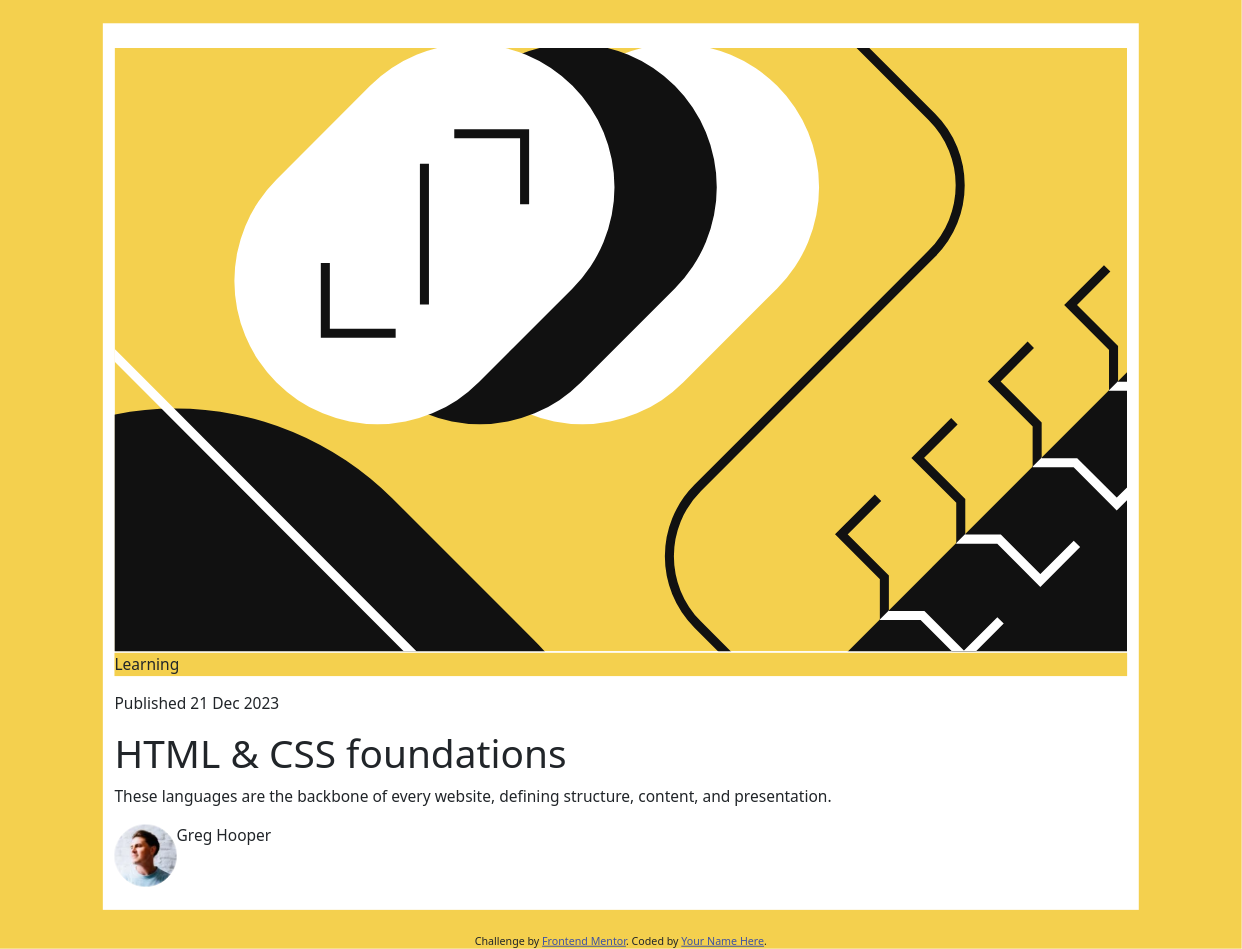
Repository: blordeus/blog-preview-card
Page: index.html
The author's editor kept a copy of each file at every save. The page is drawn from the files as they stood at one save, then again after the next save.
The browser window is 1280 px wide. The pictures show the whole page, at 97% of full size.
The style sheet was rebuilt from its Sass, Less or Tailwind sources for each picture, by a compiler version that may differ from the author's.

Above is the page before, as saved 2024-02-10 09:17:48.

### index.html
<!DOCTYPE html>
<html lang="en">
<head>
  <meta charset="UTF-8">
  <meta name="viewport" content="width=device-width, initial-scale=1.0"> <!-- displays site properly based on user's device -->

  <link rel="icon" type="image/png" sizes="32x32" href="./assets/images/favicon-32x32.png">
  <link rel="stylesheet" href="style.css">
  <link href="https://cdn.jsdelivr.net/npm/bootstrap@5.1.3/dist/css/bootstrap.min.css" rel="stylesheet" integrity="sha384-1BmE4kWBq78iYhFldvKuhfTAU6auU8tT94WrHftjDbrCEXSU1oBoqyl2QvZ6jIW3" crossorigin="anonymous">
  <title>Frontend Mentor | Blog preview card</title>

</head>
<body class="yellow-bg container">
<main class="white-bg row py-4 m-4">
    <img src="assets\images\illustration-article.svg" alt="header image">
    <div>
      <p class="yellow-bg">Learning</p>
    </div>

    <p>Published 21 Dec 2023</p>

    <h1>HTML & CSS foundations</h1>

    <p>These languages are the backbone of every website, defining structure, content, and presentation.</p>

    <div class="d-flex">
      <img class="" src="assets\images\image-avatar.webp" alt="author image">
      <p class="">Greg Hooper</p>
    </div>

</main>
<div></div>
<div class="attribution">
    Challenge by <a href="https://www.frontendmentor.io?ref=challenge" target="_blank">Frontend Mentor</a>.
    Coded by <a href="#">Your Name Here</a>.
  </div>
</body>
</html>

### style.scss
@font-face {
    font-family: Figtree;
    src: url(./assets/fonts/Figtree-VariableFont_wght.ttf);
}

@font-face {
    font-family: Figtree-Italic;
    src: url(./assets/fonts/Figtree-Italic-VariableFont_wght.ttf) format("truetype");
    font-style: italic;
}

// Primary

$Yellow: hsl(47, 88%, 63%);

// Neutral

$White: hsl(0, 0%, 100%);
$Grey: hsl(0, 0%, 50%);
$Black: hsl(0, 0%, 7%);

body {
    font-family: Figtree;
}

p {
    font-size: 16px
}

.yellow-bg {
    background-color: $Yellow;

}

.black-bg {
    background-color: $Black;
}

.grey-text {
    color: $Grey;
}

.white-bg {
    background-color: $White;
}

.black-text {
    color: $Black;
}

.attribution { font-size: 11px; text-align: center; }
.attribution a { color: hsl(228, 45%, 44%); }

After the next save:
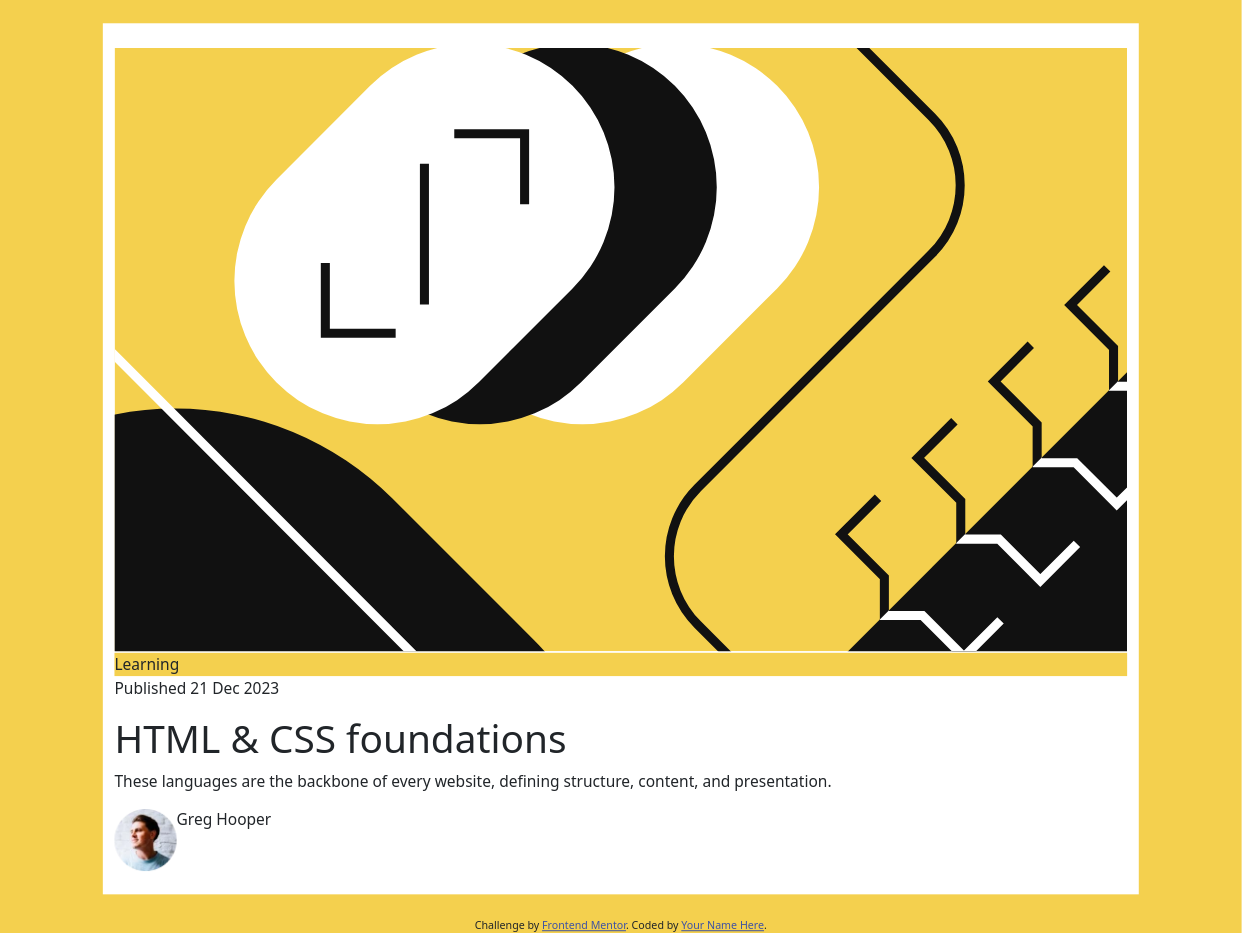
Saved 11 s later.
--- a/index.html
+++ b/index.html
@@ -14,7 +14,7 @@
 <main class="white-bg row py-4 m-4">
     <img src="assets\images\illustration-article.svg" alt="header image">
     <div>
-      <p class="yellow-bg">Learning</p>
+      <div class="yellow-bg">Learning</div>
     </div>
 
     <p>Published 21 Dec 2023</p>

After the save that followed:
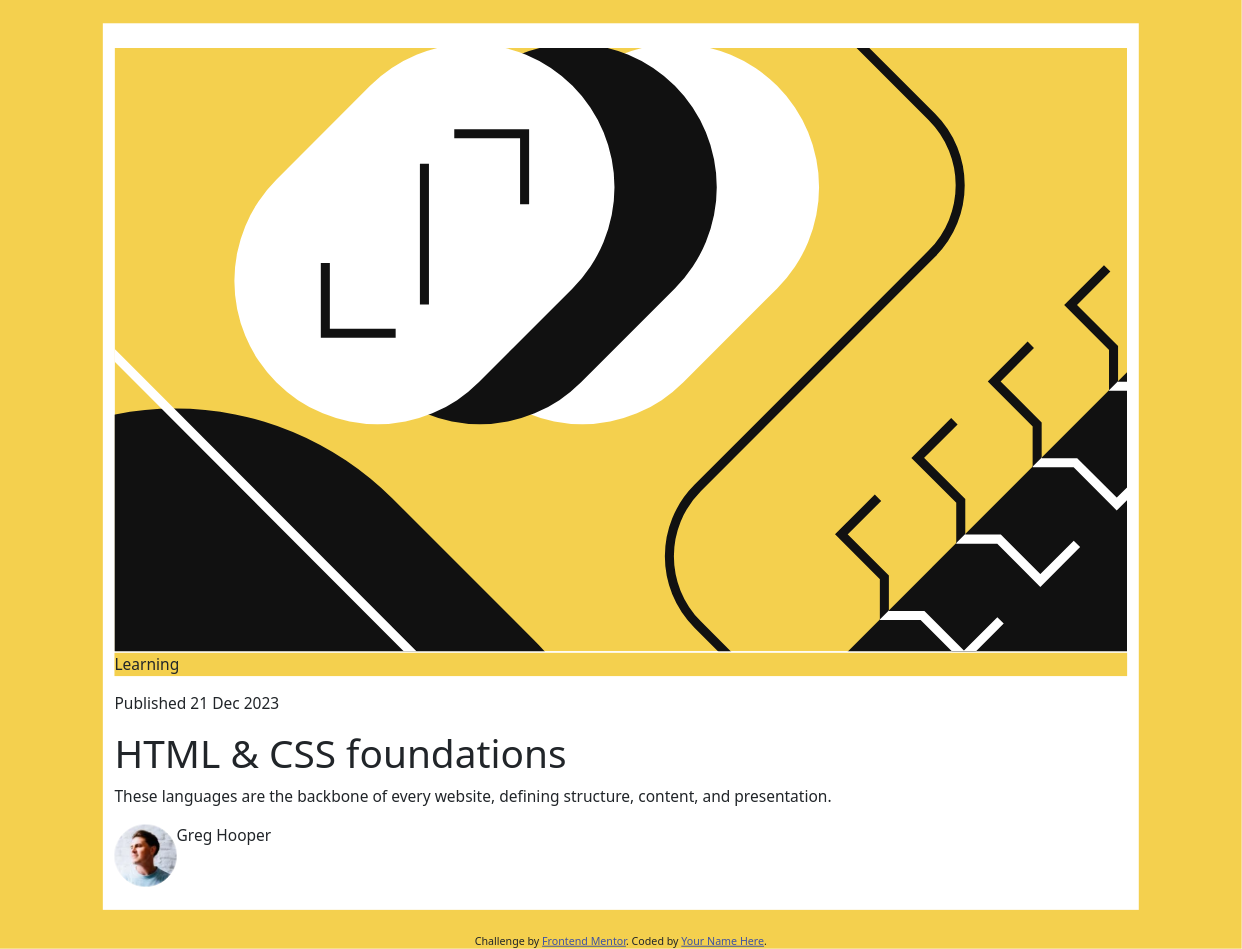
Saved 4 s later.
--- a/index.html
+++ b/index.html
@@ -14,7 +14,7 @@
 <main class="white-bg row py-4 m-4">
     <img src="assets\images\illustration-article.svg" alt="header image">
     <div>
-      <div class="yellow-bg">Learning</div>
+      <p class="yellow-bg">Learning</p>
     </div>
 
     <p>Published 21 Dec 2023</p>
